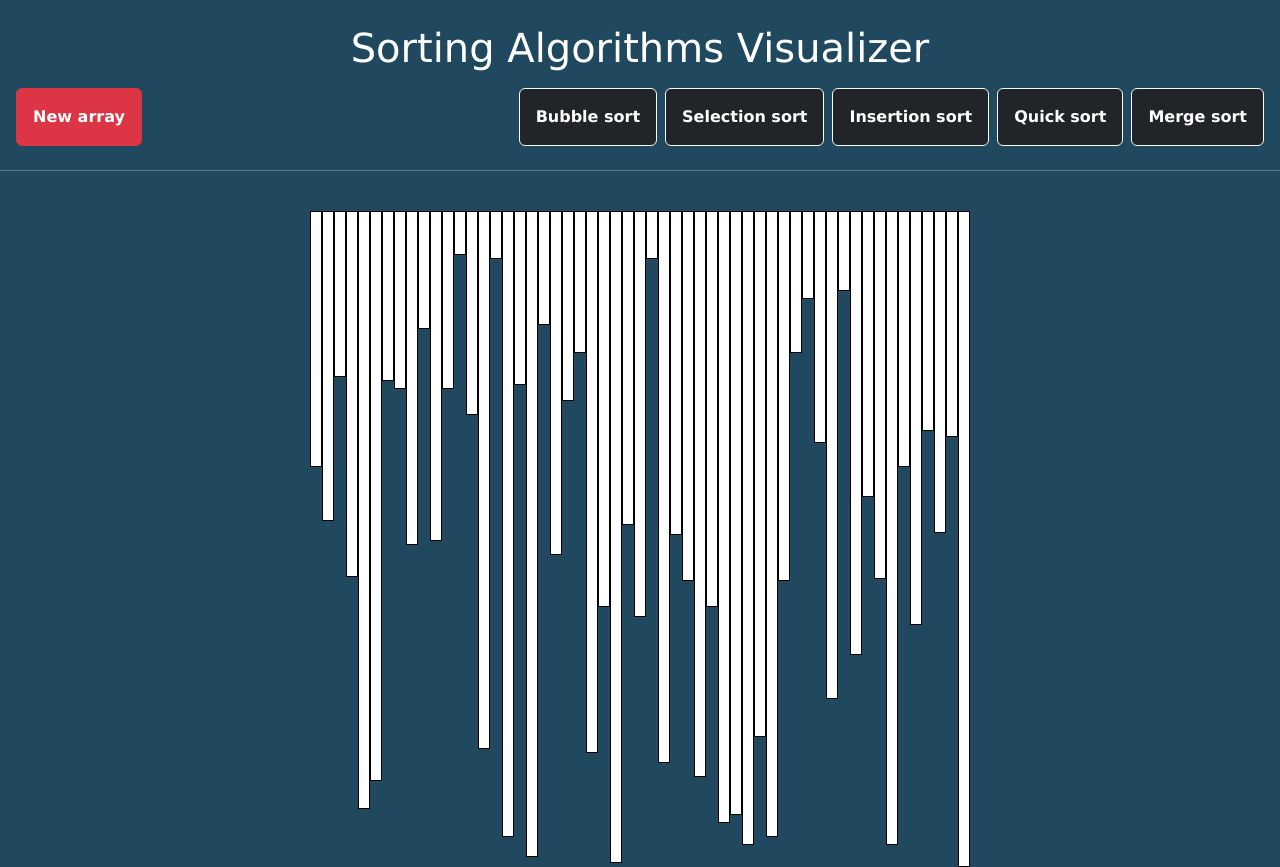
Repository: Vasil1001/Sorting-Algorithms-Visualizer-js
Page: views/index.html
An editor plug-in stored every save of this project. The page is shown before and after a run of saves, followed by the edit.
The browser window is 1280 px wide. The pictures show the whole page.

Above is the page before, as saved 2022-11-03 18:17:05.

### views/index.html
<!doctype html>
<html lang="en">

<head>
  <meta charset="utf-8">
  <meta name="viewport" content="width=device-width, initial-scale=1">

  <title>Sorting Algorithms Visualizer</title>

  <!-- Import css & bootstrap-->
  <link href="https://cdn.jsdelivr.net/npm/bootstrap@5.2.2/dist/css/bootstrap.min.css" rel="stylesheet"
    integrity="sha384-Zenh87qX5JnK2Jl0vWa8Ck2rdkQ2Bzep5IDxbcnCeuOxjzrPF/et3URy9Bv1WTRi" crossorigin="anonymous">
  <link rel="stylesheet" href="/css/base.css">

</head>

<header>
  <h1 align="center" class="mt-4">Sorting Algorithms Visualizer</h1>


  <nav class="navbar navbar-expand-lg">

    <div class="container-fluid">
      <button type="button" class="btn btn-danger mx-1 p-3 " id="new_array" style="color: white;"><b>New
          array </b>
      </button>
      <ul class="navbar-nav">
        <li class="nav-item">
          <button type="button" class="btn btn-dark border-light mx-1 p-3 " id="bubble_sort"
            style="color: white;"><b>Bubble sort</b> </button>
        </li>
        <li class="nav-item">
          <button type="button" class="btn btn-dark border-light mx-1 p-3 " id="selection_sort"
            style="color: rgb(255, 255, 255);">
            <b>Selection sort</b></button>
        </li>
        <li class="nav-item">
          <button type="button" class="btn btn-dark border-light mx-1 p-3 " id="insertion_sort" style="color: white;">
            <b>Insertion sort</b></button>
        </li>
        <li class="nav-item">
          <button type="button" class="btn btn-dark border-light mx-1 p-3 " id="quick_sort" style="color: white;">
            <b>Quick sort</b></button>
        </li>
        <li class="nav-item">
          <button type="button" class="btn btn-dark border-light mx-1 p-3 " id="merge_sort"> <b>Merge sort</b></button>
        </li>

      </ul>
    </div>
  </nav>


</header>

<body>

  <hr style="color: white;">

  <div id="bars" class="bars flex-container p-4"></div>

  <!-- Import css & bootstrap-->
  <script src="https://cdn.jsdelivr.net/npm/bootstrap@5.2.2/dist/js/bootstrap.bundle.min.js"
    integrity="sha384-OERcA2EqjJCMA+/3y+gxIOqMEjwtxJY7qPCqsdltbNJuaOe923+mo//f6V8Qbsw3"
    crossorigin="anonymous"></script>
  <script defer src="/sort_algos_js_files/index.js"></script>

</body>

</html>

### css/base.css
body {
    background-color: rgb(32, 72, 95);
    color:white;
    font-size: 18px;
    font-family: 'Lucida Sans', 'Lucida Sans Regular', 'Lucida Grande', 'Lucida Sans Unicode', Geneva, Verdana, sans-serif;
}

.flex-container{
    margin-top: 1px;
    display: flex;
    flex-wrap: nowrap;
    justify-content: center;
    transition: 1.5s all ease;
    width: 100%;
    height: 500px;

}

/* STYLING FOR THE BARS */
.flex-item{
    background: rgb(255, 255, 255);
    border: 1pt solid black;
    width: 12px;
    transition: 0.1s all ease;
}

### sort_algos_js_files/index.js
let random_array_100 = [];
createBarArray();


function createBarArray() {

    // replace array
    deletePreviousArray()

    // Array to store randomly generated numbers
    random_array_100 = [];
    var numberOfBars = 0;
    let l = 55;

    // get a random number and add it to the array until there are 100 in array
    for (numberOfBars = 0; numberOfBars < l; numberOfBars++) {
        random_array_100.push(Math.round(Math.random() * l * 6));
    }
    // print 100 random numbers of the array
    console.log(random_array_100);


     // select the div #bars element
     const bars = document.querySelector("#bars");
    // make bars with height from random array numbers
    for (let i = 0; i < random_array_100.length; i++) {
        // const para = document.createElement("div");
        // para.innerText = random_array_100[i];
        // document.body.appendChild(para);

        // create div bar for each number in the array
        const bar = document.createElement("div");
        bar.style.height = `${random_array_100[i]*2}px`;
        bar.classList.add('bar');
        bar.classList.add('flex-item');
        bar.classList.add(`barNo${i}`);
        bars.appendChild(bar);
    }
}

function deletePreviousArray() {
    const bar = document.querySelector("#bars");
    bar.innerHTML = '';
}

document.getElementById("new_array").addEventListener("click", function(){
    createBarArray();
});

After the next 2 saves:
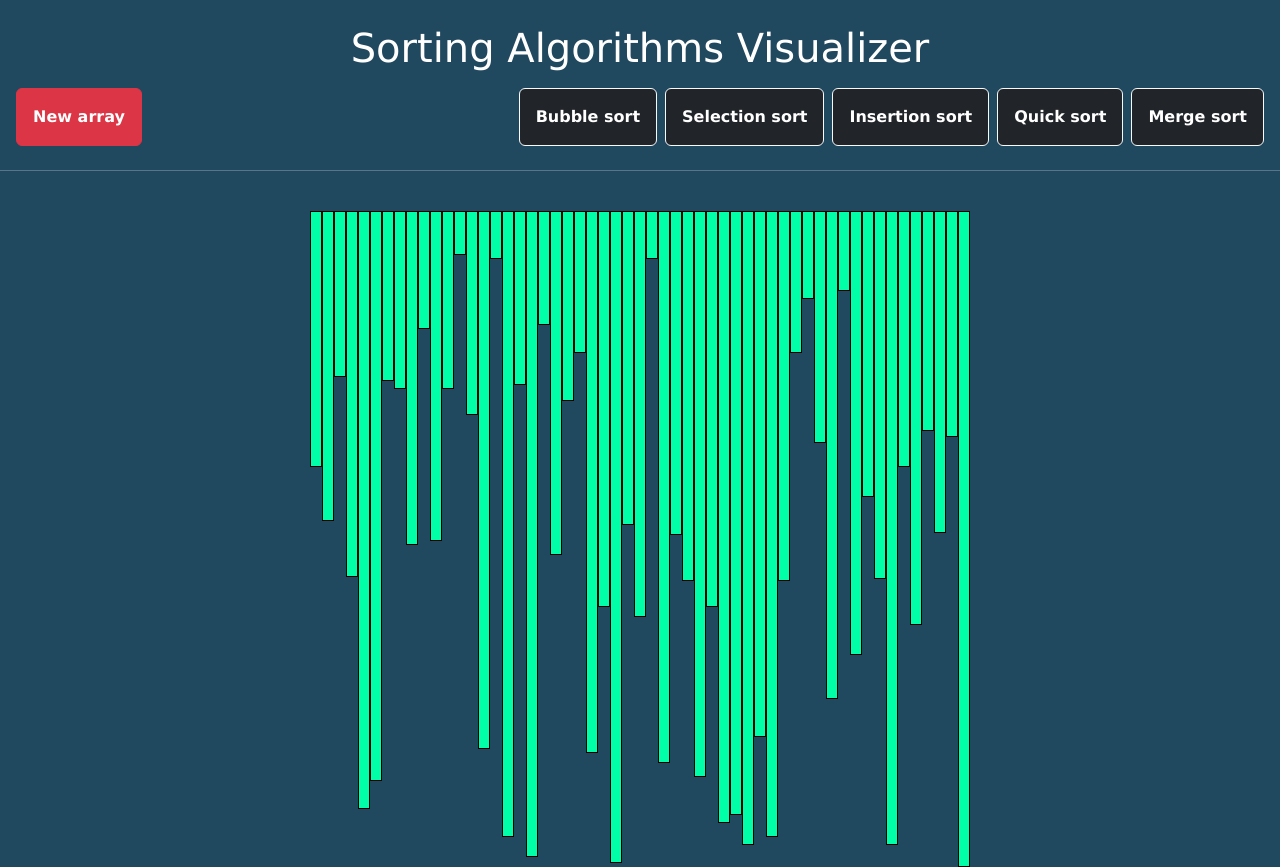
The 2 saves are shown as one change because they came seconds apart.
The last was saved 14 s later.
--- a/css/base.css
+++ b/css/base.css
@@ -18,7 +18,7 @@ body {
 
 /* STYLING FOR THE BARS */
 .flex-item{
-    background: rgb(255, 255, 255);
+    background: rgb(0, 255, 166);
     border: 1pt solid black;
     width: 12px;
     transition: 0.1s all ease;
